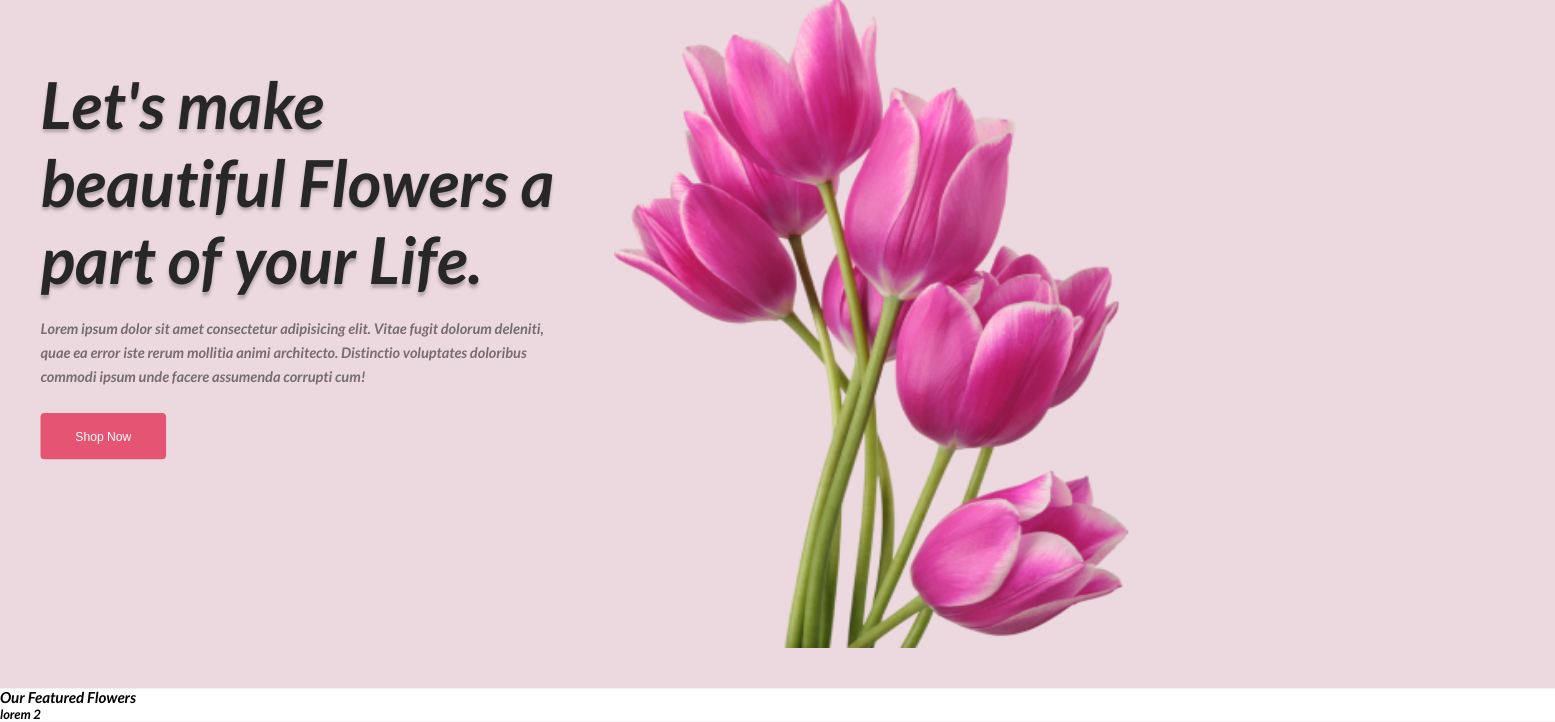
Repository: AnitaAkter/anita-flower-shop
Page: index.html
An editor plug-in stored every save of this project. The page is shown before and after the next save, followed by the edit.
The browser window is 1280 px wide. The page is 1920 px wide, so the pictures cover 1920 px, including what lies to the right of the window. The pictures show the whole page, at 81% of full size.

Above is the page before, as saved 2023-09-04 20:59:04.

### index.html
<!DOCTYPE html>
<html lang="en">

<head>
    <meta charset="UTF-8">
    <meta http-equiv="X-UA-Compatible" content="IE=edge">
    <meta name="viewport" content="width=device-width, initial-scale=1.0">
    <title>Anita's Flower Shop</title>
    <link rel="preconnect" href="https://fonts.googleapis.com">
    <link rel="preconnect" href="https://fonts.gstatic.com" crossorigin>
    <link href="https://fonts.googleapis.com/css2?family=Lato:ital,wght@1,700&display=swap" rel="stylesheet">
    <link rel="stylesheet" href="style.css">
</head>

<body>
    <div>
        <!-- /* Header -section start */ -->
        <header>
            <div class="header-intro">
                <h1>Let's make <br> beautiful Flowers a <br>part of your Life.</h1>
                <div class="header-p">
                    <p>Lorem ipsum dolor sit amet consectetur adipisicing elit. Vitae fugit dolorum deleniti, quae ea
                        error
                        iste rerum mollitia animi architecto. Distinctio voluptates doloribus commodi ipsum unde facere
                        assumenda corrupti cum!</p>
                </div>
                <button class="header-btn">Shop Now</button>
            </div>
            <div class="header-pic">
                <img src="images/pngwing 6.png" alt="">
            </div>
        </header>
        <!-- /* Header -section end */ -->
      <main>
           <div>
               <h3>Our Featured Flowers</h3>
<p>lorem 2
</p>            </div>
      </main>

    </div>
</body>

</html>

### style.css
/* Header -section start */

* {
    margin: 0;
    padding: 0;
    box-sizing: border-box;
}

body {
    font-family: 'Lato', sans-serif;
    font-weight: 900;
}

header {
    display: flex;
    background-color: hsl(342, 34%, 89%);
    width: 1920px;
    height: 850px;
}

.header-intro {
    margin-top: 80px;
    margin-left: 50px;
    width: 708px;
    height: 506px;


}

.header-intro h1 {
    color: #272727;
    text-shadow: 0px 4px 4px rgba(0, 0, 0, 0.25);
    font-family: Lato;
    font-size: 80px;
    font-style: normal;
    font-weight: 800;
    line-height: normal;
    width: 708px;
    height: 310px;


}

.header-p {
    color: rgba(39, 39, 39, 0.60);
    font-family: Lato;
    font-size: 18px;
    font-style: normal;
    font-weight: 400;
    line-height: 30px;
    width: 634px;
    height: 120px;
    gap: 32px;



    /* 166.667% */
}

.header-btn {
    background-color: #E55473;
    border-radius: 5px;
    border: none;
    color: white;
    font-size: 15px;
    display: inline-flex;
    padding: 20px 43px;
    align-items: flex-start;
    gap: 10px;

}

.header-pic {
    width: 635px;
    height: 800px;
    margin-bottom: 0%;
    margin-right: auto;

}


.header-pic img {
    width: 635px;
    height: 800px;
}
/* Header -section end */

After the next save:
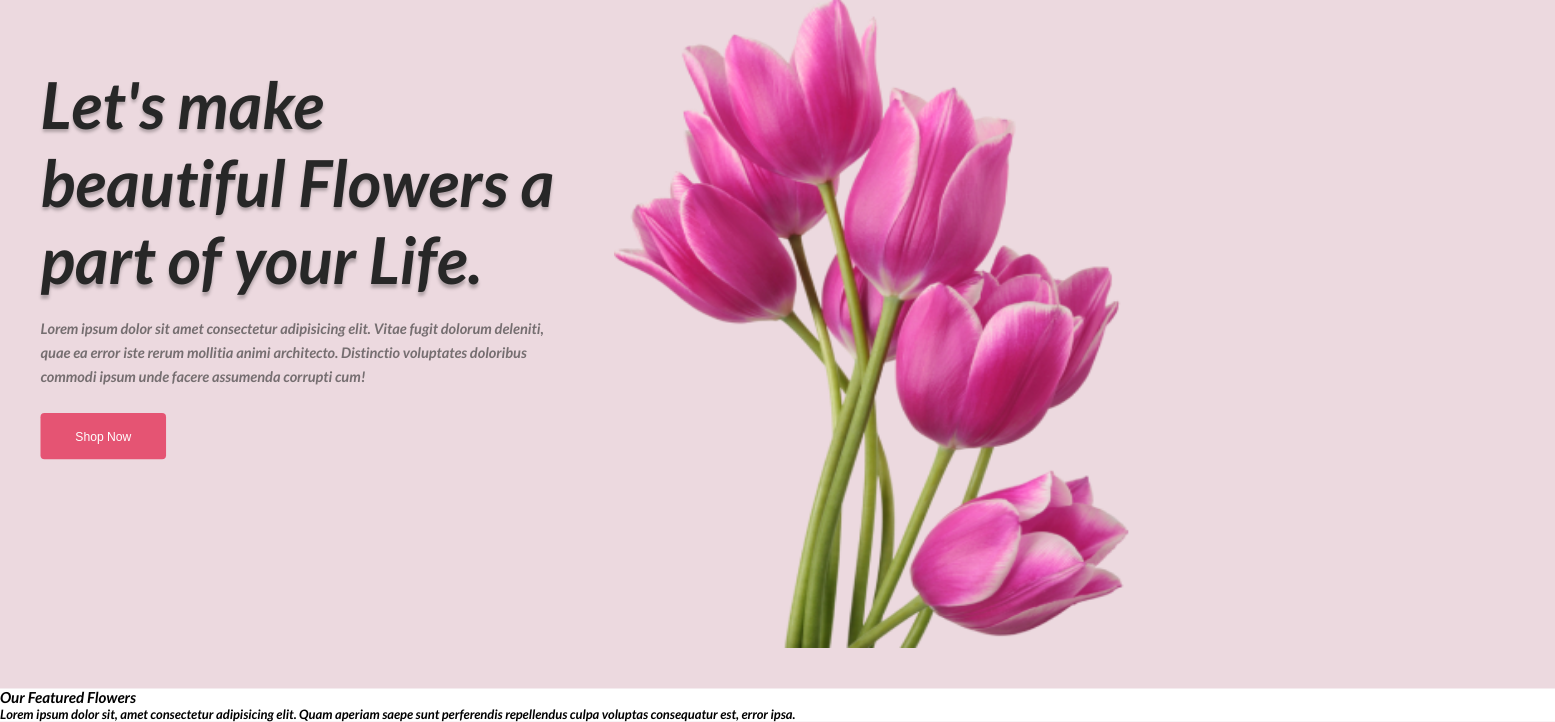
Saved 4 s later.
--- a/index.html
+++ b/index.html
@@ -34,7 +34,7 @@
       <main>
            <div>
                <h3>Our Featured Flowers</h3>
-<p>lorem 2
+<p>Lorem ipsum dolor sit, amet consectetur adipisicing elit. Quam aperiam saepe sunt perferendis repellendus culpa voluptas consequatur est, error ipsa.
 </p>            </div>
       </main>
 
